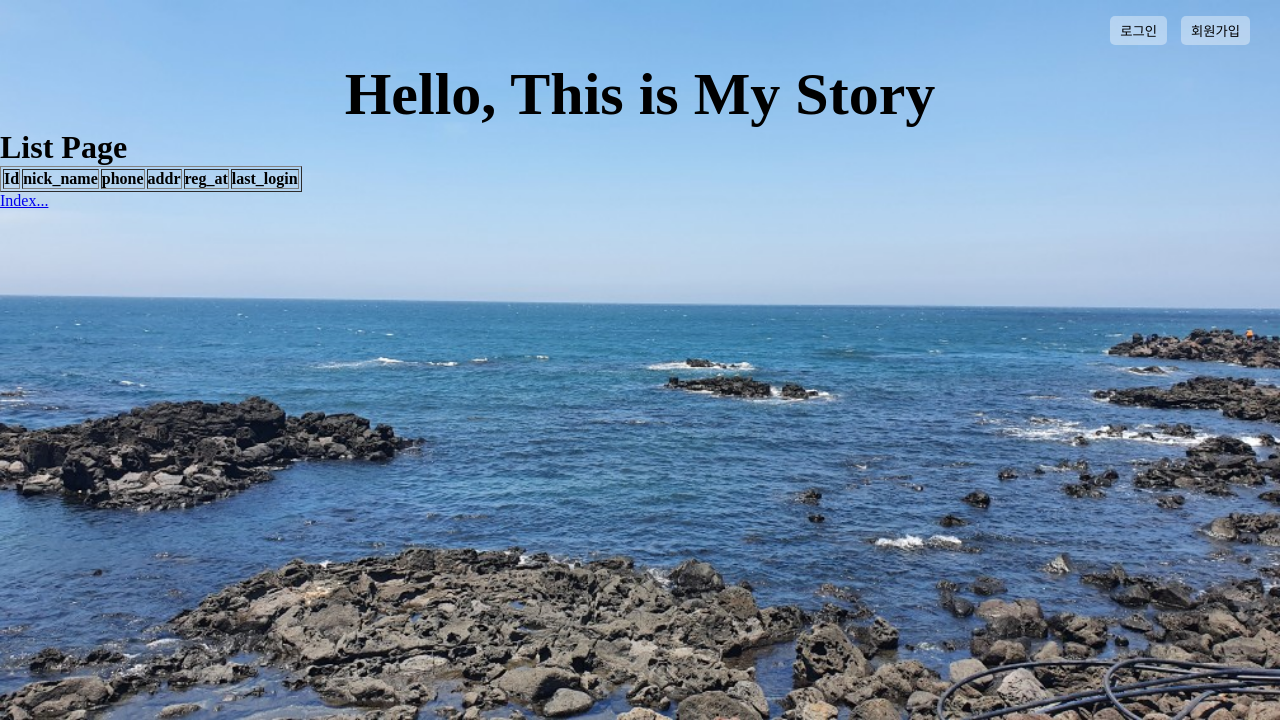
Repository: jeeniii/test2022_12_29
Page: http://localhost/portfolio/member/list.jsp
These files come from the project's save history. The page is drawn as it stood at one moment and after the next save; the edit follows.
The browser window is 1280 px wide. The pictures show the whole page.
The page is served by Tomcat 9. The template is opened directly, without the code that normally fills it, so the values that code supplies are empty.

Above is the page before, as saved 2022-12-13 08:43:45.

After the next save:
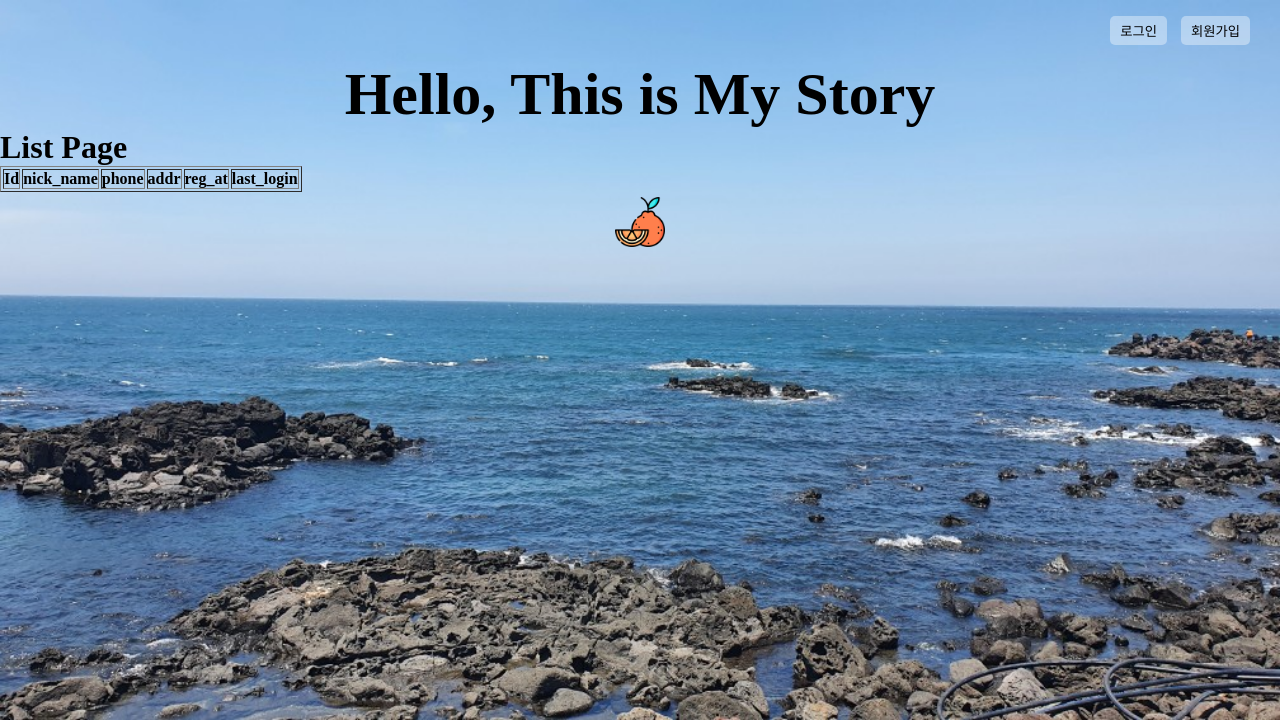
Saved 13 s later.
--- a/JSP_Portfolio/portfolio/src/main/webapp/member/list.jsp
+++ b/JSP_Portfolio/portfolio/src/main/webapp/member/list.jsp
@@ -30,6 +30,6 @@
 		</tr>
 	</c:forEach>
 </table>
-<a href="/">Index...</a>
+<%@ include file="/footer.jsp" %>
 </body>
 </html>
